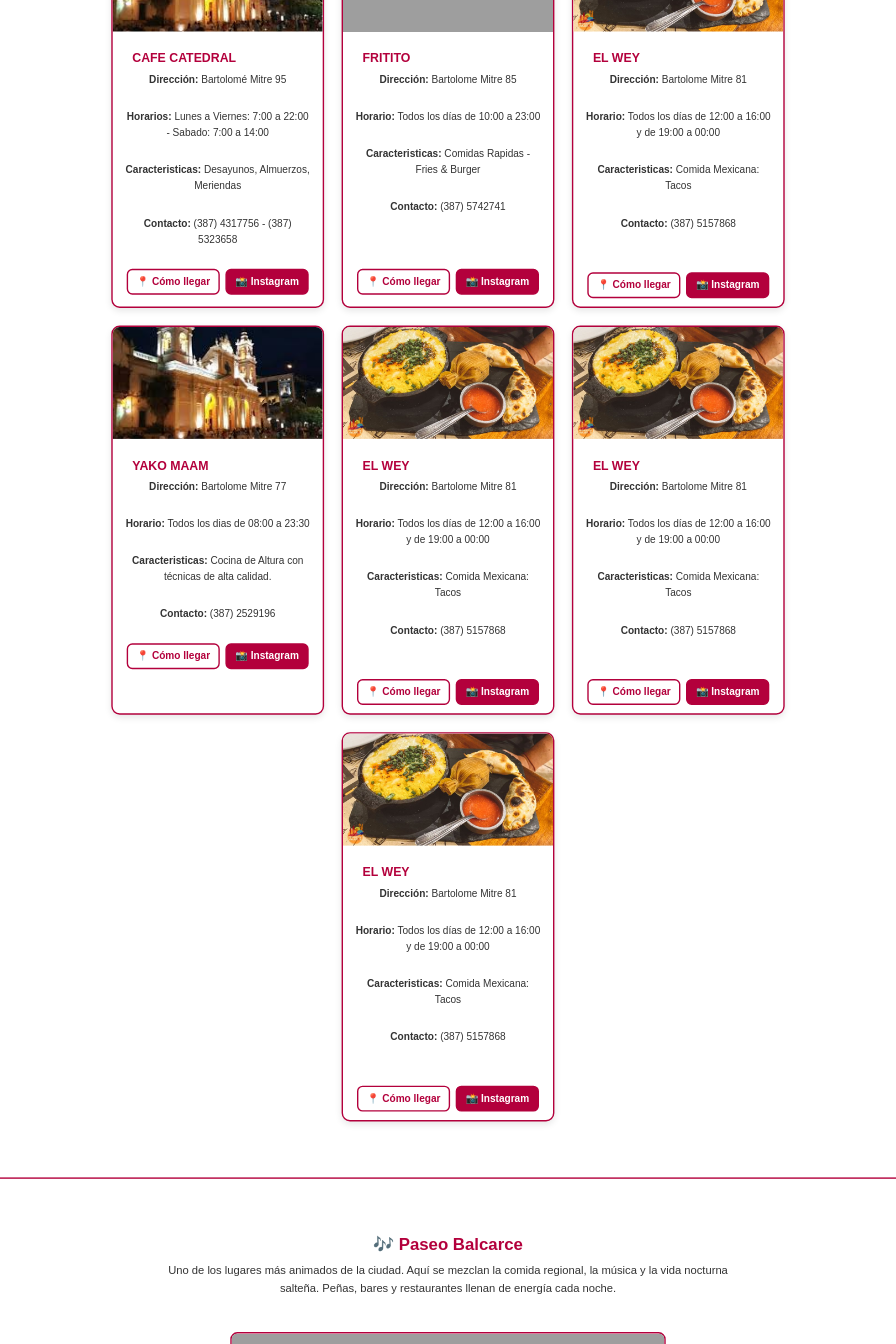
Repository: nahir95/come-en-salta
Page: restaurantes.html
The author's editor kept a copy of each file at every save. The page is drawn from the files as they stood at one save, then again after the next save.
The browser window is 1280 px wide. The pictures show the part of the page from y = 670 to 2590 px (the page is 5583 px tall), at 70% of full size.
Pictures or frames that could not be fetched are drawn as grey boxes.

Above is the page before, as saved 2025-11-12 02:12:16.

### restaurantes.html
<!doctype html>
<html lang="es">
<head>
  <meta charset="utf-8" />
  <meta name="viewport" content="width=device-width, initial-scale=1" />
  <title>Restaurantes - Comé en Salta</title>
  <link rel="stylesheet" href="style.css">
</head>

<body>
  <header>
    <h1>Comé en Salta</h1>
    <nav>
      <a href="index.html">Inicio</a>
      <a href="restaurantes.html">Restaurantes</a>
      <a href="penas.html">Peñas</a>
      <a href="#contacto">Contacto</a>
    </nav>
  </header>

  <main class="restaurantes">
    <section class="intro">
      <h2>Los mejores lugares para disfrutar en Salta</h2>
      <p>Explorá los sabores salteños en cada rincón de la ciudad. Desde el corazón histórico hasta los paseos más modernos, la gastronomía local te invita a vivir experiencias únicas.</p>
    </section>

    <!-- PLAZA 9 DE JULIO -->
<section id="plaza9" class="zona">
  <h2>🍽️ Plaza 9 de Julio</h2>
  <p>El corazón histórico de Salta ofrece restaurantes con encanto colonial, ideales para disfrutar de la gastronomía local frente a la plaza principal.</p>

  <div class="zona-grid">

    <!-- Restaurante 1 -->
    <article class="card restaurante">
      <img src="imagenes/cafe-catedral.jpeg" alt="El Solar del Convento">
      <div class="card-content">
        <h3>CAFE CATEDRAL</h3>
        <p><strong>Dirección:</strong> Bartolomé Mitre 95</p>
        <p><strong>Horarios:</strong> Lunes a Viernes: 7:00 a 22:00 - Sabado: 7:00 a 14:00</p>
        <p><strong>Caracteristicas:</strong> Desayunos, Almuerzos, Meriendas</p>
        <p><strong>Contacto:</strong> (387) 4317756 - (387) 5323658</p>
        <div class="btns-resto">
          <a href="https://maps.app.goo.gl/VMKrjFsvunXBDcr2A" target="_blank" class="btn">📍 Cómo llegar</a>
          <a href="https://www.instagram.com/cafecatedral_?igsh=MnE1amYwa3dqeDF6" target="_blank" class="btn btn-secundario">📸 Instagram</a>
        </div>
      </div>
    </article>

    <!-- Restaurante 2 -->
    <article class="card restaurante">
      <img src="https://images.unsplash.com/photo-1565299624946-b28f40a0ae38?w=800" alt="Fritito">
      <div class="card-content">
        <h3>FRITITO</h3>
        <p><strong>Dirección:</strong> Bartolome Mitre 85</p>
        <p><strong>Horario:</strong> Todos los días de 10:00 a 23:00</p>
        <p><strong>Caracteristicas:</strong> Comidas Rapidas - Fries & Burger</p>
        <p><strong>Contacto:</strong> (387) 5742741</p> <br> <br>
        <div class="btns-resto">
          <a href="https://maps.app.goo.gl/fA5zTu5r4aBTFWrC6?g_st=aw" target="_blank" class="btn">📍 Cómo llegar</a>
          <a href="https://www.instagram.com/fritito.salta?igsh=MXFieXNvZHdlZHZzZg==" target="_blank" class="btn btn-secundario">📸 Instagram</a>
        </div>
      </div>
    </article>

    <!-- Restaurante 3 -->
     <article class="card restaurante">
      <img src="imagenes/carrusel-1.jpg" alt="El Wey">
      <div class="card-content">
        <h3>EL WEY</h3>
        <p><strong>Dirección:</strong> Bartolome Mitre 81</p>
        <p><strong>Horario:</strong> Todos los días de 12:00 a 16:00 y de 19:00 a 00:00</p>
        <p><strong>Caracteristicas:</strong> Comida Mexicana: Tacos</p>
        <p><strong>Contacto:</strong> (387) 5157868</p> <br>
        <div class="btns-resto">
          <a href="https://maps.app.goo.gl/HWUzTfTShyvQshCx5?g_st=aw" target="_blank" class="btn">📍 Cómo llegar</a>
          <a href="https://www.instagram.com/el_wey_tacos?igsh=Mzk2ZTZzdmM3N3g5" target="_blank" class="btn btn-secundario">📸 Instagram</a>
        </div>
      </div>
     </article>

     <!-- Restaurante 4 -->
      <article class="card restaurante">
        <img src="imagenes/cafe-catedral.jpeg" alt="Yako">
        <div class="card-content">
          <h3>YAKO MAAM</h3>
          <P><strong>Dirección:</strong> Bartolome Mitre 77</P>
          <p><strong>Horario:</strong> Todos los dias de 08:00 a 23:30</p>
          <p><strong>Caracteristicas:</strong> Cocina de Altura con técnicas de alta calidad.</p>
          <p><strong>Contacto:</strong> (387) 2529196</p>
           <div class="btns-resto">
          <a href="https://maps.app.goo.gl/gud9KhsUfRgktwaAA?g_st=aw" target="_blank" class="btn">📍 Cómo llegar</a>
          <a href="https://www.instagram.com/yako.maam?igsh=ZW82NnRrNmltaHpj" target="_blank" class="btn btn-secundario">📸 Instagram</a>
        </div>
        </div>
      </article>

       <!-- Restaurante 5 -->
     <article class="card restaurante">
      <img src="imagenes/carrusel-1.jpg" alt="El Wey">
      <div class="card-content">
        <h3>EL WEY</h3>
        <p><strong>Dirección:</strong> Bartolome Mitre 81</p>
        <p><strong>Horario:</strong> Todos los días de 12:00 a 16:00 y de 19:00 a 00:00</p>
        <p><strong>Caracteristicas:</strong> Comida Mexicana: Tacos</p>
        <p><strong>Contacto:</strong> (387) 5157868</p> <br>
        <div class="btns-resto">
          <a href="https://maps.app.goo.gl/HWUzTfTShyvQshCx5?g_st=aw" target="_blank" class="btn">📍 Cómo llegar</a>
          <a href="https://www.instagram.com/el_wey_tacos?igsh=Mzk2ZTZzdmM3N3g5" target="_blank" class="btn btn-secundario">📸 Instagram</a>
        </div>
      </div>
     </article>

      <!-- Restaurante 6 -->
     <article class="card restaurante">
      <img src="imagenes/carrusel-1.jpg" alt="El Wey">
      <div class="card-content">
        <h3>EL WEY</h3>
        <p><strong>Dirección:</strong> Bartolome Mitre 81</p>
        <p><strong>Horario:</strong> Todos los días de 12:00 a 16:00 y de 19:00 a 00:00</p>
        <p><strong>Caracteristicas:</strong> Comida Mexicana: Tacos</p>
        <p><strong>Contacto:</strong> (387) 5157868</p> <br>
        <div class="btns-resto">
          <a href="https://maps.app.goo.gl/HWUzTfTShyvQshCx5?g_st=aw" target="_blank" class="btn">📍 Cómo llegar</a>
          <a href="https://www.instagram.com/el_wey_tacos?igsh=Mzk2ZTZzdmM3N3g5" target="_blank" class="btn btn-secundario">📸 Instagram</a>
        </div>
      </div>
     </article>

      <!-- Restaurante 7 -->
     <article class="card restaurante">
      <img src="imagenes/carrusel-1.jpg" alt="El Wey">
      <div class="card-content">
        <h3>EL WEY</h3>
        <p><strong>Dirección:</strong> Bartolome Mitre 81</p>
        <p><strong>Horario:</strong> Todos los días de 12:00 a 16:00 y de 19:00 a 00:00</p>
        <p><strong>Caracteristicas:</strong> Comida Mexicana: Tacos</p>
        <p><strong>Contacto:</strong> (387) 5157868</p> <br>
        <div class="btns-resto">
          <a href="https://maps.app.goo.gl/HWUzTfTShyvQshCx5?g_st=aw" target="_blank" class="btn">📍 Cómo llegar</a>
          <a href="https://www.instagram.com/el_wey_tacos?igsh=Mzk2ZTZzdmM3N3g5" target="_blank" class="btn btn-secundario">📸 Instagram</a>
        </div>
      </div>
     </article>




  </div>
</section>


    <!-- PASEO BALCARCE -->
    <section id="balcarce" class="zona">
      <h2>🎶 Paseo Balcarce</h2>
      <p>Uno de los lugares más animados de la ciudad. Aquí se mezclan la comida regional, la música y la vida nocturna salteña. Peñas, bares y restaurantes llenan de energía cada noche.</p>

      <div class="zona-grid">
        <article class="card">
          <img src="https://images.unsplash.com/photo-1528605248644-14dd04022da1?w=800" alt="Paseo Balcarce Salta">
          <h3>La Vieja Estación</h3>
          <p>Tradicional peña y restaurante con show en vivo. Ideal para probar empanadas y locro.</p>
        </article>
        <article class="card">
          <img src="https://images.unsplash.com/photo-1600891964599-f61ba0e24092?w=800" alt="Restaurante moderno en Balcarce">
          <h3>La Monumental</h3>
          <p>Restaurante moderno con opciones gourmet y coctelería de autor.</p>
        </article>
      </div>
    </section>

    <!-- PASEO GÜEMES -->
    <section id="guemes" class="zona">
      <h2>🍷 Paseo Güemes</h2>
      <p>La zona joven y moderna de Salta. Ideal para quienes buscan cocina contemporánea, bares y terrazas con estilo. Un punto de encuentro entre turistas y locales.</p>

      <div class="zona-grid">
        <article class="card">
          <img src="https://images.unsplash.com/photo-1615719413546-198b25453f85?w=800" alt="Paseo Güemes">
          <h3>El Charrúa</h3>
          <p>Especialidad en carnes a la parrilla y vinos de altura. Un clásico salteño imperdible.</p>
        </article>
        <article class="card">
          <img src="https://images.unsplash.com/photo-1551218808-94e220e084d2?w=800" alt="Café moderno">
          <h3>Baco Resto Bar</h3>
          <p>Ambiente moderno y excelente coctelería, ideal para compartir entre amigos.</p>
        </article>
      </div>
    </section>

    <!-- CADENAS DE COMIDAS RÁPIDAS -->
    <section id="rapidas" class="zona">
      <h2>🍔 Cadenas de Comidas Rápidas</h2>
      <p>También hay opciones para quienes buscan algo rápido y conocido. Las principales cadenas se encuentran cerca del centro y los shoppings.</p>

      <ul class="lista-rapidas">
        <li>McDonald’s – Shopping Alto NOA</li>
        <li>Burger King – Caseros 500</li>
        <li>Mostaza – Paseo Güemes</li>
        <li>Subway – Balcarce 50</li>
      </ul>
    </section>

    <!-- EXTRA: RESTAURANTES DESTACADOS -->
    <section id="destacados" class="zona">
      <h2>⭐ Recomendados por los turistas</h2>
      <p>Según visitantes y locales, estos son algunos de los restaurantes imperdibles para vivir la experiencia completa de la gastronomía salteña.</p>
      <div class="zona-grid">
        <article class="card">
          <img src="https://images.unsplash.com/photo-1504674900247-0877df9cc836?w=800" alt="Empanadas salteñas">
          <h3>Doña Salta</h3>
          <p>Empanadas caseras, locro y guisos típicos en un ambiente colonial.</p>
        </article>
        <article class="card">
          <img src="https://images.unsplash.com/photo-1601924582971-c8b28a3a13f1?w=800" alt="Locro salteño">
          <h3>El Patio de la Empanada</h3>
          <p>Conocido por su sabor auténtico y precios populares. Ideal para turistas.</p>
        </article>
      </div>
    </section>
  </main>

  <footer>
    Creado con ❤️ por Comé en Salta · 2025
  </footer>
</body>
</html>

### style.css
/* ==========================
   ESTILOS GENERALES
========================== */
body {
  margin: 0;
  font-family: 'Poppins', sans-serif;
  background-color: #fff;
  color: #000;
}

/* ==========================
   HEADER
========================== */
header {
  display: flex;
  justify-content: space-between;
  align-items: center;
  background-color: #fff;
  padding: 15px 30px;
  border-bottom: 3px solid #b3003c;
}

header h1 {
  color: #b3003c;
  font-size: 1.6rem;
}

nav {
  display: flex;
  gap: 25px;
}

nav a {
  text-decoration: none;
  color: #000;
  font-weight: 600;
  transition: color 0.3s ease;
}

nav a:hover {
  color: #b3003c;
}

/* ==========================
   CARRUSEL (HERO)
========================== */
.hero {
  position: relative;
  width: 100%;
  overflow: hidden;
}

.carousel-container {
  position: relative;
  width: 100%;
  height: 80vh;
}

.carousel {
  display: flex;
  width: 300%;
  transition: transform 0.8s ease-in-out;
}

.carousel img {
  width: 100%;
  height: 80vh;
  object-fit: cover;
  filter: brightness(0.7);
}

/* Botones del carrusel */
.btn-carrusel {
  position: absolute;
  top: 50%;
  transform: translateY(-50%);
  background-color: rgba(179, 0, 60, 0.8);
  color: white;
  border: none;
  font-size: 2rem;
  padding: 10px 15px;
  cursor: pointer;
  border-radius: 50%;
  transition: background 0.3s ease;
}

.btn-carrusel:hover {
  background-color: #b3003c;
}

#prev { left: 20px; }
#next { right: 20px; }

/* Texto sobre el carrusel */
.overlay {
  position: absolute;
  top: 50%;
  left: 50%;
  transform: translate(-50%, -50%);
  color: white;
  text-align: center;
  text-shadow: 0 2px 5px rgba(0,0,0,0.7);
}

.overlay h2 {
  font-size: 2rem;
  color: #fff;
  margin-bottom: 10px;
}

.overlay p {
  font-size: 1.2rem;
}

/* ==========================
   SECCIÓN INICIO
========================== */
.inicio {
  text-align: center;
  padding: 80px 20px;
  background-color: #fff;
}

.inicio h2 {
  color: #b3003c;
  font-size: 2rem;
  margin-bottom: 15px;
}

.inicio p {
  max-width: 800px;
  margin: 0 auto 30px auto;
  color: #333;
  line-height: 1.6;
}

/* BOTONES PRINCIPALES */
.inicio-buttons .btn {
  display: inline-block;
  margin: 10px;
  padding: 12px 24px;
  border: 2px solid #b3003c;
  border-radius: 8px;
  color: #b3003c;
  background: transparent;
  text-decoration: none;
  font-weight: 600;
  transition: all 0.3s ease;
}

.inicio-buttons .btn:hover {
  background: #b3003c;
  color: white;
}
/* ==========================
   SECCIÓN "POR QUÉ COMER EN SALTA"
========================== */
.porque {
  text-align: center;
  padding: 60px 20px;
  background-color: #f7f7f7;
  border-top: 2px solid #b3003c;
  border-bottom: 2px solid #b3003c;
}

.porque h2 {
  color: #b3003c;
  margin-bottom: 15px;
}

.porque p {
  max-width: 800px;
  margin: auto;
  font-size: 1.1rem;
  color: #333;
  line-height: 1.6;
}

/* ==========================
   SABORES
========================== */
.sabores {
  padding: 60px 20px;
  background-color: #fff;
  text-align: center;
}

.sabores h2 {
  color: #b3003c;
  margin-bottom: 25px;
}

.sabores-grid {
  display: grid;
  grid-template-columns: repeat(auto-fit, minmax(220px, 1fr));
  gap: 25px;
}

.plato {
  background: #fff;
  border-radius: 12px;
  border: 2px solid #b3003c;
  overflow: hidden;
  transition: transform 0.3s ease, box-shadow 0.3s ease;
}

.plato:hover {
  transform: scale(1.05);
  box-shadow: 0 4px 12px rgba(0,0,0,0.15);
}

.plato img {
  width: 100%;
  height: 160px;
  object-fit: cover;
}

.plato h3 {
  padding: 12px;
  color: #b3003c;
}

/* ==========================
   FRASE FINAL
========================== */
.frase {
  background: #b3003c;
  color: white;
  text-align: center;
  padding: 40px 10px;
  font-style: italic;
  font-size: 1.2rem;
}

/* ==========================
   FOOTER
========================== */
footer {
  background-color: #fff;
  color: #333;
  text-align: center;
  padding: 20px;
  border-top: 3px solid #b3003c;
  font-weight: 500;
}
.carousel-container {
  position: relative;
  overflow: hidden;
  width: 100%;
  height: 400px;
}

.carousel {
  display: flex;
  transition: transform 1s ease;
  width: 100%;
  height: 100%;
}

.carousel img {
  flex: 0 0 100%;
  width: 100%;
  height: 100%;
  object-fit: cover;
}
/* ==========================
   RESTAURANTES
========================== */
.restaurantes .intro {
  text-align: center;
  padding: 60px 20px;
}

.restaurantes .intro h2 {
  color: #b3003c;
  margin-bottom: 10px;
}

.restaurantes .zona {
  padding: 60px 20px;
  border-top: 2px solid #b3003c;
  background-color: #fff;
}

.restaurantes .zona h2 {
  color: #b3003c;
  margin-bottom: 10px;
  text-align: center;
}

.restaurantes .zona p {
  text-align: center;
  max-width: 800px;
  margin: 0 auto 30px auto;
  line-height: 1.6;
  color: #333;
}

.zona-grid {
  display: grid;
  grid-template-columns: repeat(auto-fit, minmax(250px, 1fr));
  gap: 25px;
}

.card {
  background: #fff;
  border: 2px solid #b3003c;
  border-radius: 10px;
  overflow: hidden;
  transition: transform 0.3s ease, box-shadow 0.3s ease;
}

.card:hover {
  transform: scale(1.05);
  box-shadow: 0 4px 12px rgba(0,0,0,0.15);
}

.card img {
  width: 100%;
  height: 180px;
  object-fit: cover;
}

.card h3 {
  margin: 12px;
  color: #b3003c;
}

.card p {
  margin: 0 12px 15px 12px;
  color: #333;
}

.lista-rapidas {
  max-width: 600px;
  margin: 0 auto;
  list-style: none;
  padding: 0;
  text-align: center;
}

.lista-rapidas li {
  background: #f8f8f8;
  border: 1px solid #b3003c;
  padding: 10px;
  border-radius: 6px;
  margin-bottom: 8px;
  color: #333;
  transition: background 0.3s;
}

.lista-rapidas li:hover {
  background: #b3003c;
  color: white;
}
/* === Contenedor general de las tarjetas === */
.zona-grid {
  display: flex;
  flex-wrap: wrap;
  justify-content: center; /* 🔹 centra todas las tarjetas */
  gap: 25px; /* espacio entre tarjetas */
  max-width: 1000px; /* 🔹 limita el ancho total del grid */
  margin: 0 auto; /* centra el bloque en la página */
  padding: 20px;
}

/* === Tarjetas de restaurantes === */
.restaurante {
  background: #fff;
  border: 2px solid #b3003c;
  border-radius: 12px;
  overflow: hidden;
  flex: 1 1 calc(33.333% - 40px); /* 🔹 3 por fila con espacio */
  max-width: 300px; /* evita que crezcan demasiado */
  box-shadow: 0 4px 10px rgba(0,0,0,0.1);
  transition: transform 0.3s ease, box-shadow 0.3s ease;
}

.restaurante:hover {
  transform: translateY(-5px);
  box-shadow: 0 6px 16px rgba(0,0,0,0.15);
}

.restaurante img {
  width: 100%;
  height: 160px;
  object-fit: cover;
}

.restaurante .card-content {
  padding: 12px 16px;
}

.restaurante h3 {
  color: #b3003c;
  font-size: 1.1rem;
  margin-bottom: 8px;
}

.restaurante p {
  color: #333;
  margin: 4px 0;
  font-size: 0.9rem;
}

/* === Botones === */
.btns-resto {
  display: flex;
  justify-content: center;
  gap: 8px;
  margin-top: 10px;
  flex-wrap: wrap;
}

.btns-resto .btn {
  display: inline-block;
  text-align: center;
  padding: 8px 12px;
  border: 2px solid #b3003c;
  border-radius: 8px;
  text-decoration: none;
  color: #b3003c;
  font-weight: 600;
  transition: all 0.3s ease;
  font-size: 0.9rem;
}

.btns-resto .btn:hover {
  background: #b3003c;
  color: #fff;
}

.btns-resto .btn-secundario {
  background: #b3003c;
  color: #fff;
}

.btns-resto .btn-secundario:hover {
  background: transparent;
  color: #b3003c;
}

After the next save:
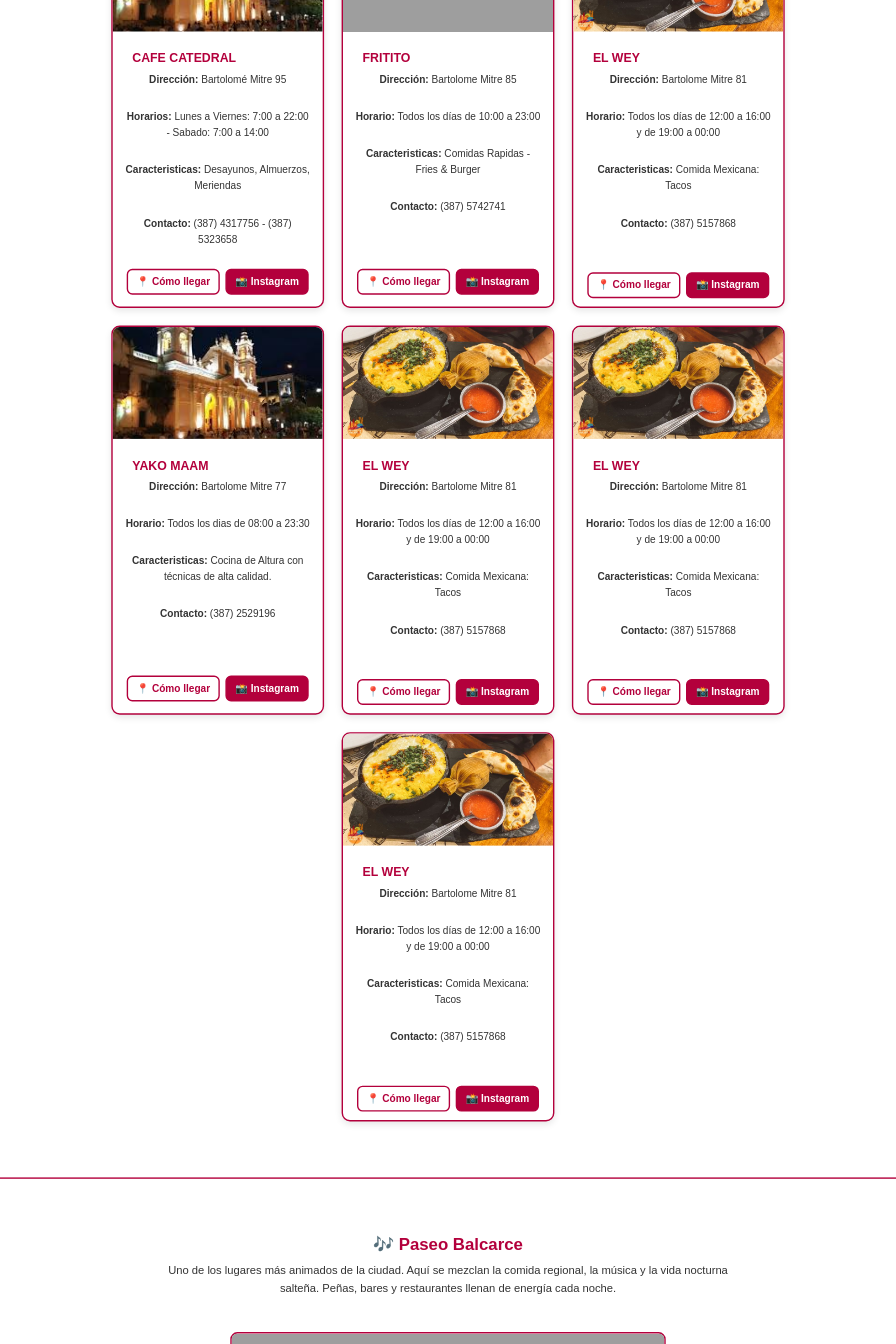
Saved 68 s later.
--- a/restaurantes.html
+++ b/restaurantes.html
@@ -87,7 +87,7 @@
           <P><strong>Dirección:</strong> Bartolome Mitre 77</P>
           <p><strong>Horario:</strong> Todos los dias de 08:00 a 23:30</p>
           <p><strong>Caracteristicas:</strong> Cocina de Altura con técnicas de alta calidad.</p>
-          <p><strong>Contacto:</strong> (387) 2529196</p>
+          <p><strong>Contacto:</strong> (387) 2529196</p> <br> <br>
            <div class="btns-resto">
           <a href="https://maps.app.goo.gl/gud9KhsUfRgktwaAA?g_st=aw" target="_blank" class="btn">📍 Cómo llegar</a>
           <a href="https://www.instagram.com/yako.maam?igsh=ZW82NnRrNmltaHpj" target="_blank" class="btn btn-secundario">📸 Instagram</a>
